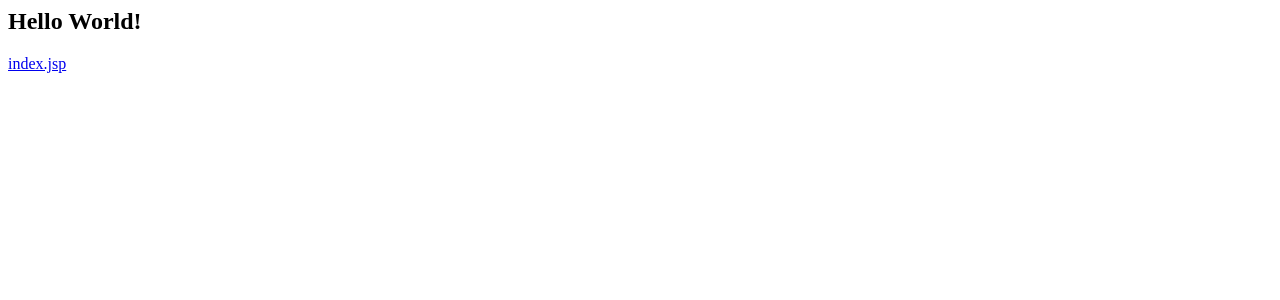
Repository: nishigandha1234/Advanced-Java-Projects
Page: http://localhost/sendredirect/
An editor plug-in stored every save of this project. The page is shown before and after the next save, followed by the edit.
The browser window is 1280 px wide. The pictures show the whole page.
The page is served by Tomcat 9.

Above is the page before, as saved 2025-11-08 16:38:17.

After the next save:
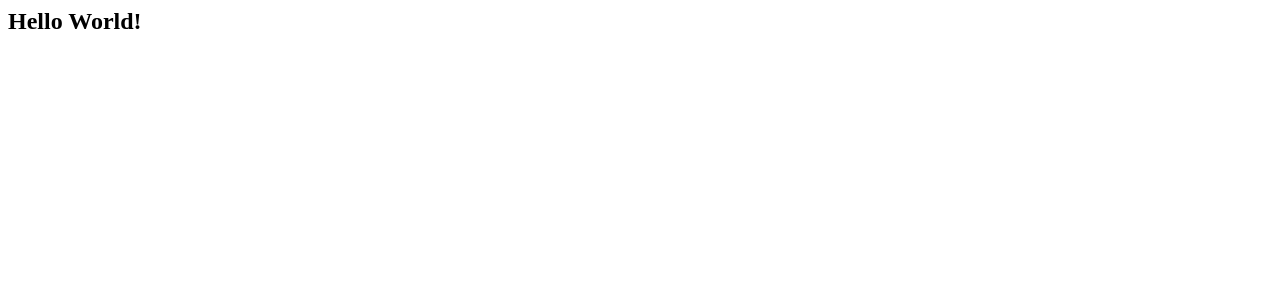
Saved 61 s later.
--- a/1- Starting J2EE/sendredirect/src/main/webapp/index.jsp
+++ b/1- Starting J2EE/sendredirect/src/main/webapp/index.jsp
@@ -1,6 +1,6 @@
 <html>
 <body>
 <h2>Hello World!</h2>
-<a href="google.html">index.jsp</a>
+<!-- <a href="google.html">index.jsp</a> -->
 </body>
 </html>

After the save that followed:
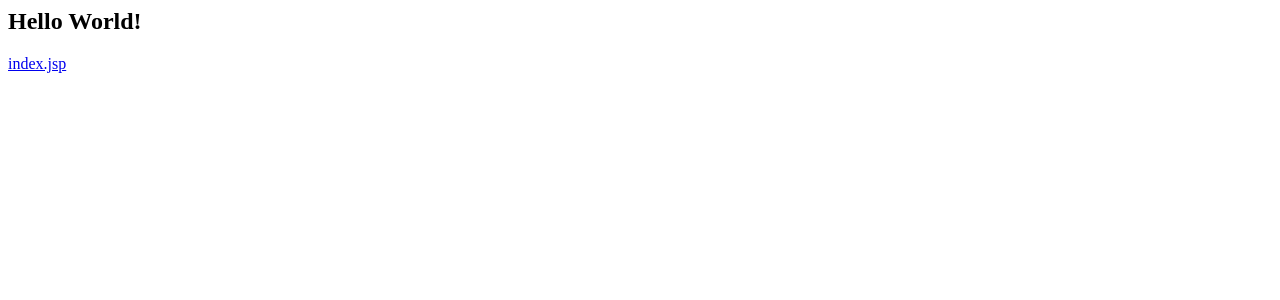
Saved 61 s later.
--- a/1- Starting J2EE/sendredirect/src/main/webapp/index.jsp
+++ b/1- Starting J2EE/sendredirect/src/main/webapp/index.jsp
@@ -1,6 +1,6 @@
 <html>
 <body>
 <h2>Hello World!</h2>
-<!-- <a href="google.html">index.jsp</a> -->
+<a href="google.html">index.jsp</a>
 </body>
 </html>
